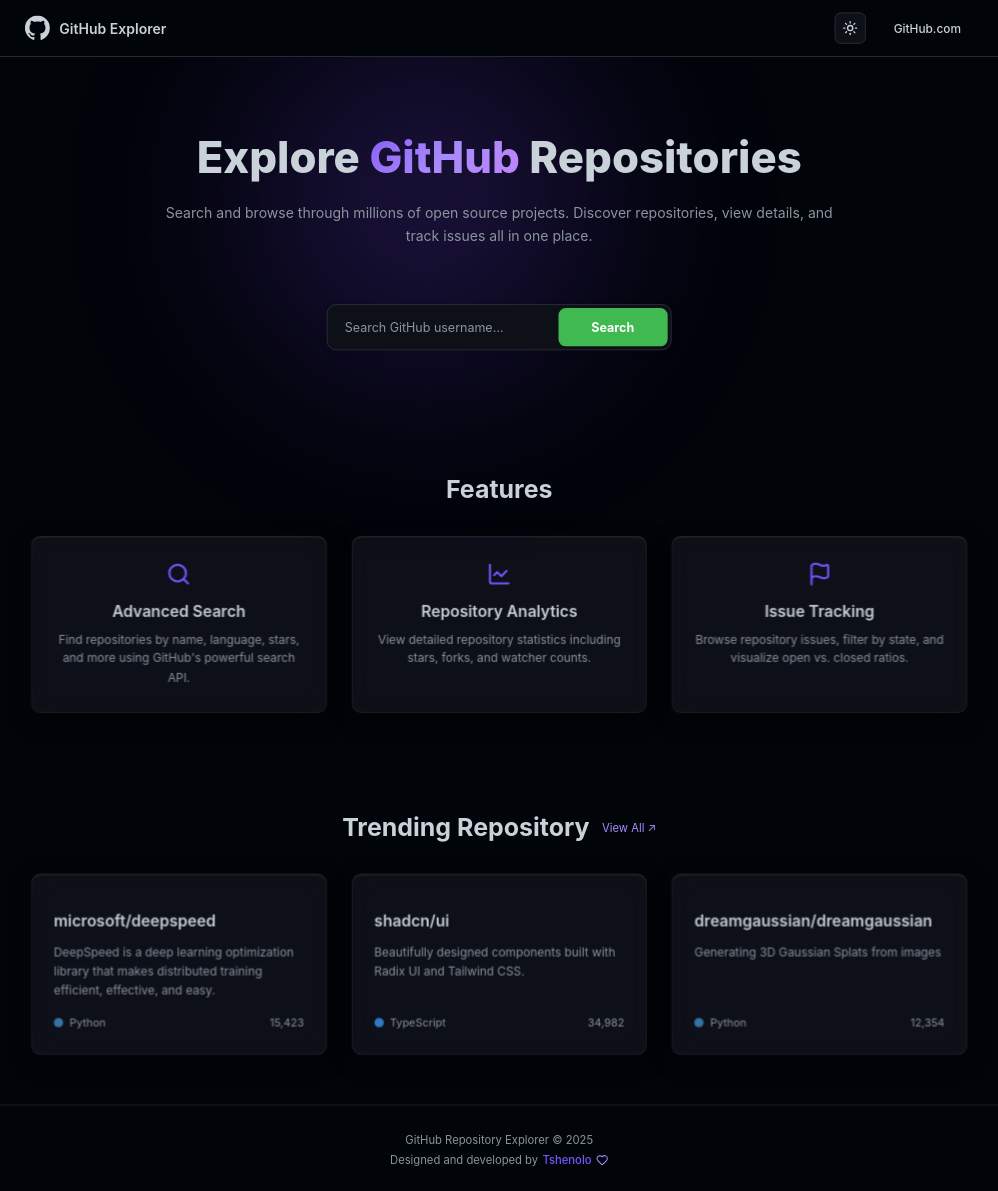
Repository: Tshenolo1994/username-repo
Page: /
An editor plug-in stored every save of this project. The page is shown before and after the next save, followed by the edit.
The browser window is 1280 px wide. The pictures show the whole page, at 78% of full size.
The project was rebuilt for these pictures with package versions that can differ from the ones it lists, and the page was loaded fresh each time. Also part of the build but not shown: vite.config.ts, src/views/RepoView.vue.

Above is the page before, as saved 2025-10-27 10:09:13.

After the next save:
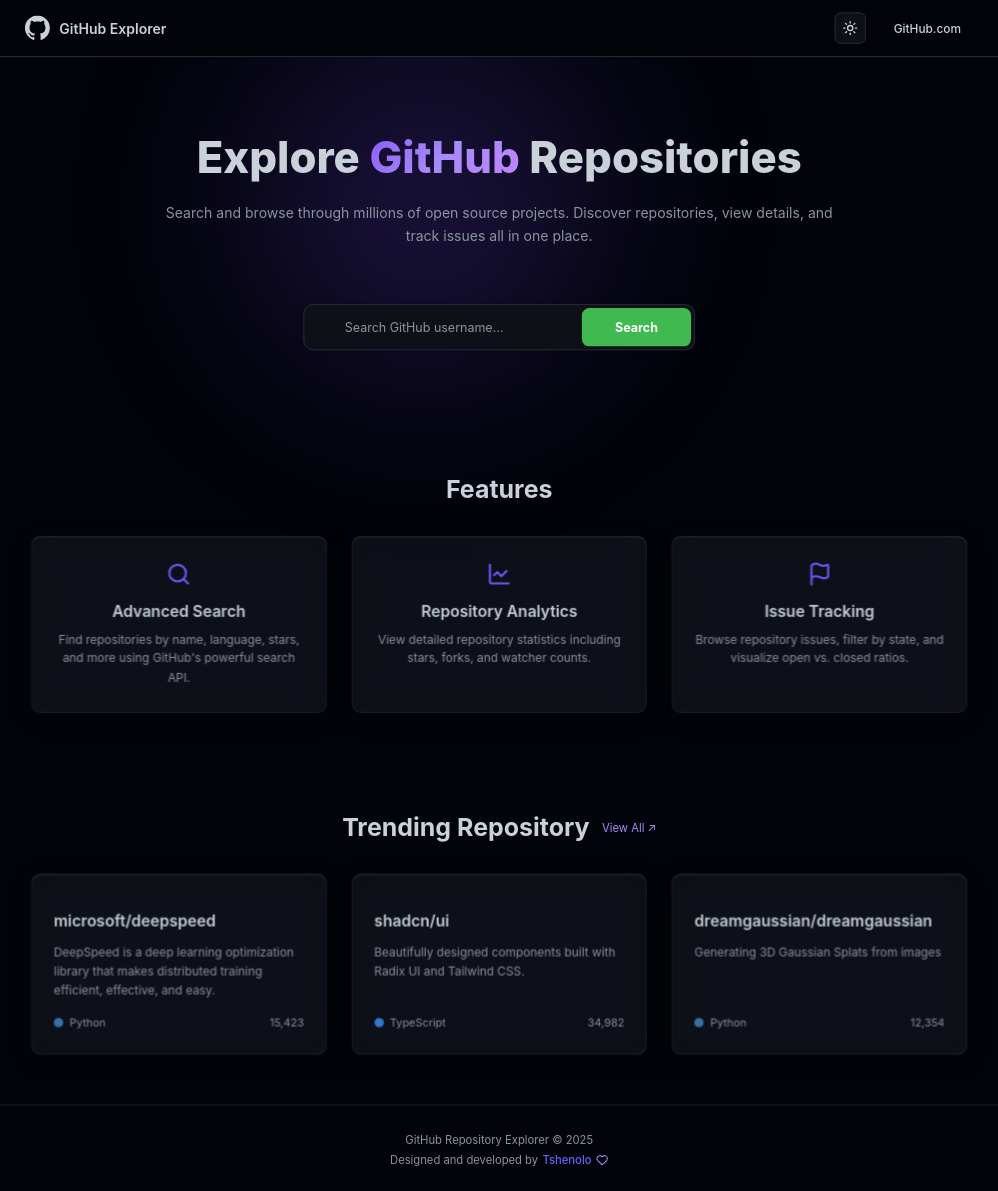
Saved 98 s later.
--- a/src/components/SearchBar.vue
+++ b/src/components/SearchBar.vue
@@ -66,7 +66,7 @@
     border: none;
     color: var(--text);
     font-size: 1rem;
-    padding: 0.9rem 1.1rem;
+    padding: 0.9rem 3rem;
     border-radius: 0.6rem;
     outline: none;
 }
